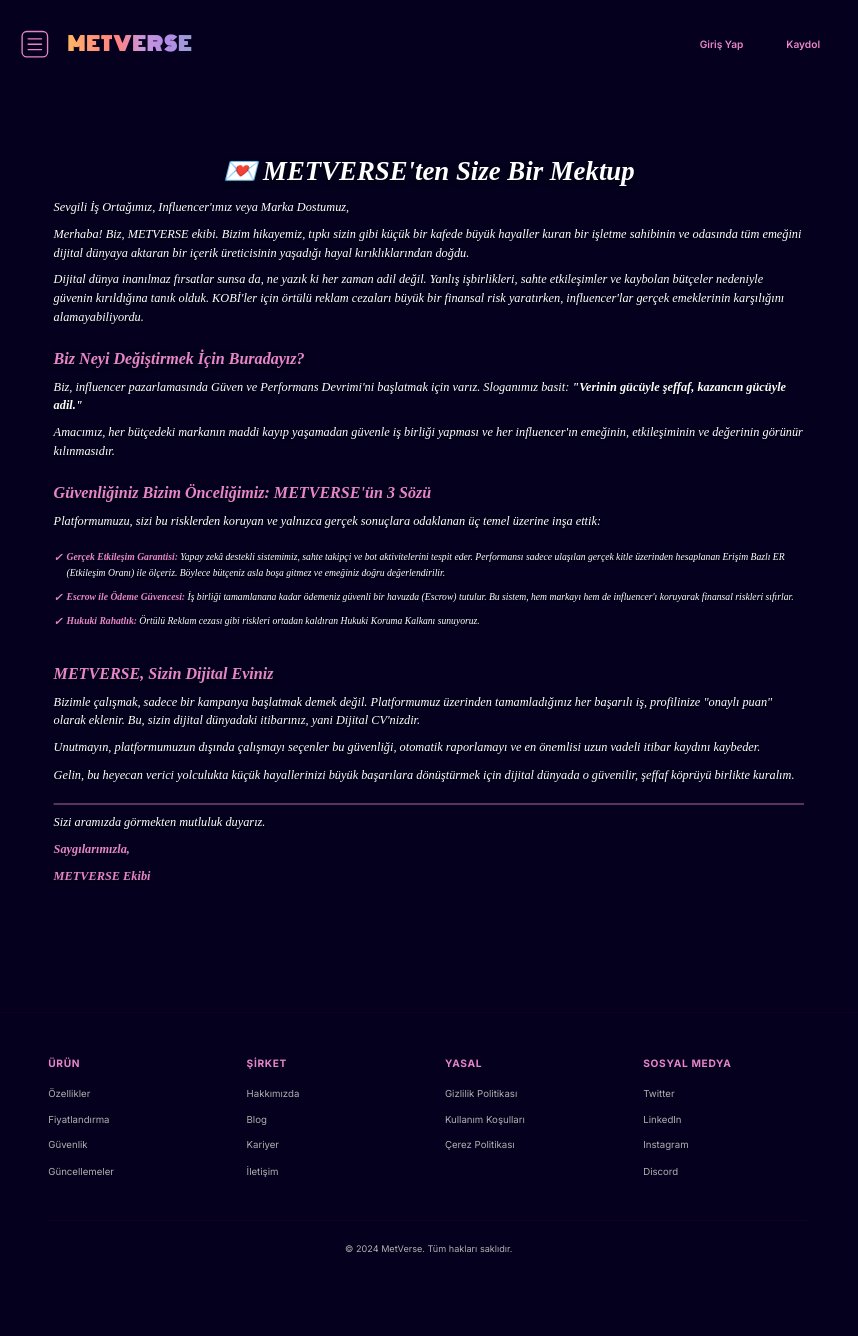
Repository: Selennguveen/metverse_website
Page: Hakkimizda.html
An editor plug-in stored every save of this project. The page is shown before and after the next save, followed by the edit.
The browser window is 1280 px wide. The pictures show the whole page, at 67% of full size.
Some web fonts or font styles are not loaded; a fallback is used.

Above is the page before, as saved 2025-12-21 00:32:46.

### Hakkimizda.html
<!DOCTYPE html>
<html lang="tr">
<head>
    <meta charset="UTF-8">
    <meta name="viewport" content="width=device-width, initial-scale=1.0">
    <title>Hakkımızda - MetVerse</title>
    <link href="https://fonts.googleapis.com/css2?family=Inter:wght@300;400;500;600;700;800&family=Roboto:wght@400;500;700&family=Genos:ital@1&display=swap" rel="stylesheet">
    <link rel="stylesheet" href="styles.css">
    <style>
        .about-section {
            background-color: rgb(4, 0, 29);
            background-image: radial-gradient(circle, rgba(232, 133, 202, 0.3) 1px, transparent 1px);
            background-size: 20px 20px;
            min-height: 100vh;
            padding:
             80px 2rem 4rem 2rem;
            position: relative;
        }

        .about-container {
            max-width: 100%;
            margin: 0 auto;
            background-color: transparent;
            border-radius: 0;
            padding: 2rem 3rem;
            box-shadow: none;
            position: relative;
            z-index: 2;
            min-height: auto;
            display: flex;
            flex-direction: column;
            justify-content: flex-start;
            overflow-y: visible;
            max-height: none;
            aspect-ratio: auto;
        }

        .about-container h1 {
            font-size: 2.5rem;
            font-weight: 800;
            color: #ffffff;
            margin-bottom: 1rem;
            text-align: center;
            line-height: 1.2;
            text-shadow: 0 2px 8px rgba(0, 0, 0, 0.5);
            font-family: 'Genos', cursive;
            font-style: italic;
        }

        .about-container h2 {
            font-size: 1.5rem;
            font-weight: 700;
            color: #e885ca;
            margin-top: 1rem;
            margin-bottom: 0.6rem;
            text-align: left;
            text-shadow: 0 2px 8px rgba(0, 0, 0, 0.5);
            font-family: 'Genos', cursive;
            font-style: italic;
        }

        .about-container p {
            font-size: 1.15rem;
            color: #ffffff;
            line-height: 1.5;
            margin-bottom: 0.8rem;
            text-align: left;
            text-shadow: 0 1px 3px rgba(0, 0, 0, 0.5);
            font-family: 'Genos', cursive;
            font-style: italic;
        }

        .about-container ul {
            list-style: none;
            padding: 0;
            margin: 1rem 0 1.2rem 0;
            display: flex;
            flex-direction: column;
            align-items: flex-start;
        }

        .about-container li {
            font-size: 1.15rem;
            color: #ffffff;
            line-height: 1.5;
            margin-bottom: 0.8rem;
            padding-left: 1.5rem;
            position: relative;
            text-align: left;
            max-width: 100%;
            text-shadow: 0 1px 3px rgba(0, 0, 0, 0.5);
            font-family: 'Genos', cursive;
            font-style: italic;
        }

        .about-container li:before {
            content: "✓";
            position: absolute;
            left: 0;
            color: #e885ca;
            font-weight: bold;
            font-size: 1rem;
            margin-right: 0.5rem;
        }

        .about-container li strong {
            color: #e885ca;
            font-weight: 700;
        }

        .about-footer-text {
            margin-top: 1rem;
            padding-top: 0.8rem;
            border-top: 2px solid rgba(232, 133, 202, 0.5);
            text-align: left;
            font-size: 1.15rem;
            color: #ffffff;
            line-height: 1.5;
            text-shadow: 0 1px 3px rgba(0, 0, 0, 0.5);
            font-family: 'Genos', cursive;
            font-style: italic;
        }

        .about-footer-text strong {
            color: #e885ca;
            font-weight: 700;
        }

        @media (max-width: 768px) {
            .about-section {
                padding: 120px 1rem 2rem 1rem;
            }

            .about-container {
                padding: 1.5rem 1rem;
                max-height: none;
                min-height: auto;
            }

            .about-container h1 {
                font-size: 1.4rem;
                margin-bottom: 0.8rem;
            }

            .about-container h2 {
                font-size: 0.95rem;
                margin-top: 0.8rem;
                margin-bottom: 0.5rem;
            }

            .about-container p,
            .about-container li,
            .about-footer-text {
                font-size: 0.78rem;
                line-height: 1.4;
            }
        }

        @media (max-width: 480px) {
            .about-section {
                padding: 120px 0.5rem 1.5rem 0.5rem;
            }

            .about-container {
                padding: 1rem 0.8rem;
                border-radius: 0;
                max-height: none;
                min-height: auto;
            }

            .about-container h1 {
                font-size: 1.1rem;
                margin-bottom: 0.6rem;
            }

            .about-container h2 {
                font-size: 0.85rem;
                margin-top: 0.6rem;
                margin-bottom: 0.4rem;
            }

            .about-container p,
            .about-container li,
            .about-footer-text {
                font-size: 0.75rem;
                line-height: 1.3;
            }
        }
            .about-container li,
            .about-footer-text {
                font-size: 0.9rem;
                line-height: 1.6;
            }

            .about-container li {
                padding-left: 1.2rem;
            }
        }
    </style>
</head>
<body>
    <!-- Dinamik Header Bileşeni -->
    <div id="header-container"></div>
    <script src="js/header.js"></script>
    <!-- Navigation -->


    <!-- About Section -->
    <section class="about-section">
        <div class="about-container">
            <h1>💌 METVERSE'ten Size Bir Mektup</h1>

            <p>Sevgili İş Ortağımız, Influencer'ımız veya Marka Dostumuz,</p>

            <p>Merhaba! Biz, METVERSE ekibi. Bizim hikayemiz, tıpkı sizin gibi küçük bir kafede büyük hayaller kuran bir işletme sahibinin ve odasında tüm emeğini dijital dünyaya aktaran bir içerik üreticisinin yaşadığı hayal kırıklıklarından doğdu.</p>

            <p>Dijital dünya inanılmaz fırsatlar sunsa da, ne yazık ki her zaman adil değil. Yanlış işbirlikleri, sahte etkileşimler ve kaybolan bütçeler nedeniyle güvenin kırıldığına tanık olduk. KOBİ'ler için örtülü reklam cezaları büyük bir finansal risk yaratırken, influencer'lar gerçek emeklerinin karşılığını alamayabiliyordu.</p>

            <h2>Biz Neyi Değiştirmek İçin Buradayız?</h2>

            <p>Biz, influencer pazarlamasında Güven ve Performans Devrimi'ni başlatmak için varız. Sloganımız basit: <strong>"Verinin gücüyle şeffaf, kazancın gücüyle adil."</strong></p>

            <p>Amacımız, her bütçedeki markanın maddi kayıp yaşamadan güvenle iş birliği yapması ve her influencer'ın emeğinin, etkileşiminin ve değerinin görünür kılınmasıdır.</p>

            <h2>Güvenliğiniz Bizim Önceliğimiz: METVERSE'ün 3 Sözü</h2>

            <p>Platformumuzu, sizi bu risklerden koruyan ve yalnızca gerçek sonuçlara odaklanan üç temel üzerine inşa ettik:</p>

            <ul>
                <li><strong>Gerçek Etkileşim Garantisi:</strong> Yapay zekâ destekli sistemimiz, sahte takipçi ve bot aktivitelerini tespit eder. Performansı sadece ulaşılan gerçek kitle üzerinden hesaplanan Erişim Bazlı ER (Etkileşim Oranı) ile ölçeriz. Böylece bütçeniz asla boşa gitmez ve emeğiniz doğru değerlendirilir.</li>

                <li><strong>Escrow ile Ödeme Güvencesi:</strong> İş birliği tamamlanana kadar ödemeniz güvenli bir havuzda (Escrow) tutulur. Bu sistem, hem markayı hem de influencer'ı koruyarak finansal riskleri sıfırlar.</li>

                <li><strong>Hukuki Rahatlık:</strong> Örtülü Reklam cezası gibi riskleri ortadan kaldıran Hukuki Koruma Kalkanı sunuyoruz.</li>
            </ul>

            <h2>METVERSE, Sizin Dijital Eviniz</h2>

            <p>Bizimle çalışmak, sadece bir kampanya başlatmak demek değil. Platformumuz üzerinden tamamladığınız her başarılı iş, profilinize "onaylı puan" olarak eklenir. Bu, sizin dijital dünyadaki itibarınız, yani Dijital CV'nizdir.</p>

            <p>Unutmayın, platformumuzun dışında çalışmayı seçenler bu güvenliği, otomatik raporlamayı ve en önemlisi uzun vadeli itibar kaydını kaybeder.</p>

            <p>Gelin, bu heyecan verici yolculukta küçük hayallerinizi büyük başarılara dönüştürmek için dijital dünyada o güvenilir, şeffaf köprüyü birlikte kuralım.</p>

            <div class="about-footer-text">
                <p>Sizi aramızda görmekten mutluluk duyarız.</p>
                <p><strong>Saygılarımızla,</strong></p>
                <p><strong>METVERSE Ekibi</strong></p>
            </div>
        </div>
    </section>

    <!-- Footer -->
    <footer>
        <div class="container">
            <div class="footer-content">
                <div class="footer-section">
                    <h4>Ürün</h4>
                    <ul>
                        <li><a href="#features">Özellikler</a></li>
                        <li><a href="#">Fiyatlandırma</a></li>
                        <li><a href="#">Güvenlik</a></li>
                        <li><a href="#">Güncellemeler</a></li>
                    </ul>
                </div>
                <div class="footer-section">
                    <h4>Şirket</h4>
                    <ul>
                        <li><a href="#">Hakkımızda</a></li>
                        <li><a href="#">Blog</a></li>
                        <li><a href="#">Kariyer</a></li>
                        <li><a href="#">İletişim</a></li>
                    </ul>
                </div>
                <div class="footer-section">
                    <h4>Yasal</h4>
                    <ul>
                        <li><a href="#">Gizlilik Politikası</a></li>
                        <li><a href="#">Kullanım Koşulları</a></li>
                        <li><a href="#">Çerez Politikası</a></li>
                    </ul>
                </div>
                <div class="footer-section">
                    <h4>Sosyal Medya</h4>
                    <ul>
                        <li><a href="#">Twitter</a></li>
                        <li><a href="#">LinkedIn</a></li>
                        <li><a href="#">Instagram</a></li>
                        <li><a href="#">Discord</a></li>
                    </ul>
                </div>
            </div>
            <div class="footer-bottom">
                <p>&copy; 2024 MetVerse. Tüm hakları saklıdır.</p>
            </div>
        </div>
    </footer>


</body>
</html>

### includes/header.html
<nav class="main-header">
    <div class="header-container">
        <!-- SOL: Toggle Menü Butonu + Logo -->
        <div class="header-left">
            <button class="menu-toggle" id="menuToggle">
                <span></span>
                <span></span>
                <span></span>
            </button>
            <a href="/" class="logo-wrapper logo-text-wrapper">
                <span class="logo-text">METVERSE</span>
            </a>
        </div>

        <!-- ORTA: Giriş Yapılı Kullanıcı Navigasyonu -->
        <div class="header-center">
            <nav class="authenticated-nav" id="authenticatedNav" style="display: none;">
                <a href="/influencer-anasayfa" class="nav-item">Profil</a>
                <a href="/analyses" class="nav-item">Analizler</a>
                <a href="/basvuru-ve-teklifler" class="nav-item">Başvuru ve Teklifler</a>
                <a href="/kesfet" class="nav-item">Keşfet</a>
            </nav>
            <nav class="authenticated-nav" id="markaAuthenticatedNav" style="display: none;">
                <a href="/marka-anasayfa" class="nav-item" id="markaProfilLink">Profil</a>
                <a href="/kampanyalarim" class="nav-item" id="markaKampanyalarimLink">Kampanyalarım</a>
                <a href="/analyses" class="nav-item">İşbirliği Analizleri</a>
                <a href="/isbirlikleri" class="nav-item" id="markaIsbirliklerLink">İşbirlikleri</a>
                <a href="/kesfet-marka" class="nav-item" id="markaKesfetLink">Keşfet</a>
            </nav>
        </div>

        <!-- SAĞ: Aksiyon Butonları (Misafir Modu) veya Profil (Giriş Yapılı) -->
        <div class="header-right">
            <!-- GÖRÜNÜM 1: Giriş Yapılı Değilse (Misafir Header) -->
            <div id="general-nav-actions" class="nav-actions">
                <a href="/giris-yap" class="nav-btn login-btn">Giriş Yap</a>
                <a href="/kayit-secim" class="nav-btn register-btn">Kaydol</a>
            </div>

            <!-- GÖRÜNÜM 2: Giriş Yapılı İse (Influencer Header) -->
            <div id="user-nav-actions" class="nav-actions" style="display: none;">
                <div class="profile-section">
                    <div class="profile-name-display" id="profileNameDisplay">
                        <span id="displayUserName">Kullanıcı</span>
                    </div>
                    <button id="profileBtn" class="profile-btn">
                        <span class="profile-icon">👤</span>
                    </button>
                    <div class="dropdown-menu" id="dropdownMenu" style="display: none;">
                        <div class="dropdown-header">
                            <div class="user-info">
                                <h4 id="userName">Kullanıcı Adı</h4>
                                <p id="userEmail">email@example.com</p>
                            </div>
                        </div>
                        <div class="dropdown-divider"></div>
                        <button id="hesabıTamamlaBtn" class="dropdown-item hesabi-tamamla-btn">✓ Hesabı Tamamla</button>
                        <button id="baglantilarBtn" class="dropdown-item baglantilar-btn">🔗 Bağlantılar</button>
                        <button id="logoutBtn" class="dropdown-item logout-btn">Çıkış Yap</button>
                    </div>
                </div>
            </div>
        </div>

        <!-- Yan Menü (Sidebar) -->
        <div class="nav-menu" id="navMenu">
            <a href="/" class="nav-menu-item">Anasayfa</a>
            <a href="/basari-hikayeleri" class="nav-menu-item">Başarı Hikayeleri</a>
            <a href="/blog" class="nav-menu-item">Blog</a>
            <a href="/hakkimizda" class="nav-menu-item">Hakkımızda</a>
            <a href="/iletisim" class="nav-menu-item">İletişim</a>
        </div>
        <div class="nav-overlay" id="navOverlay"></div>
    </div>
</nav>

Loaded but not shown: js/header.js (1905 lines, source omitted); styles.css (3385 lines, source omitted)

After the next save:
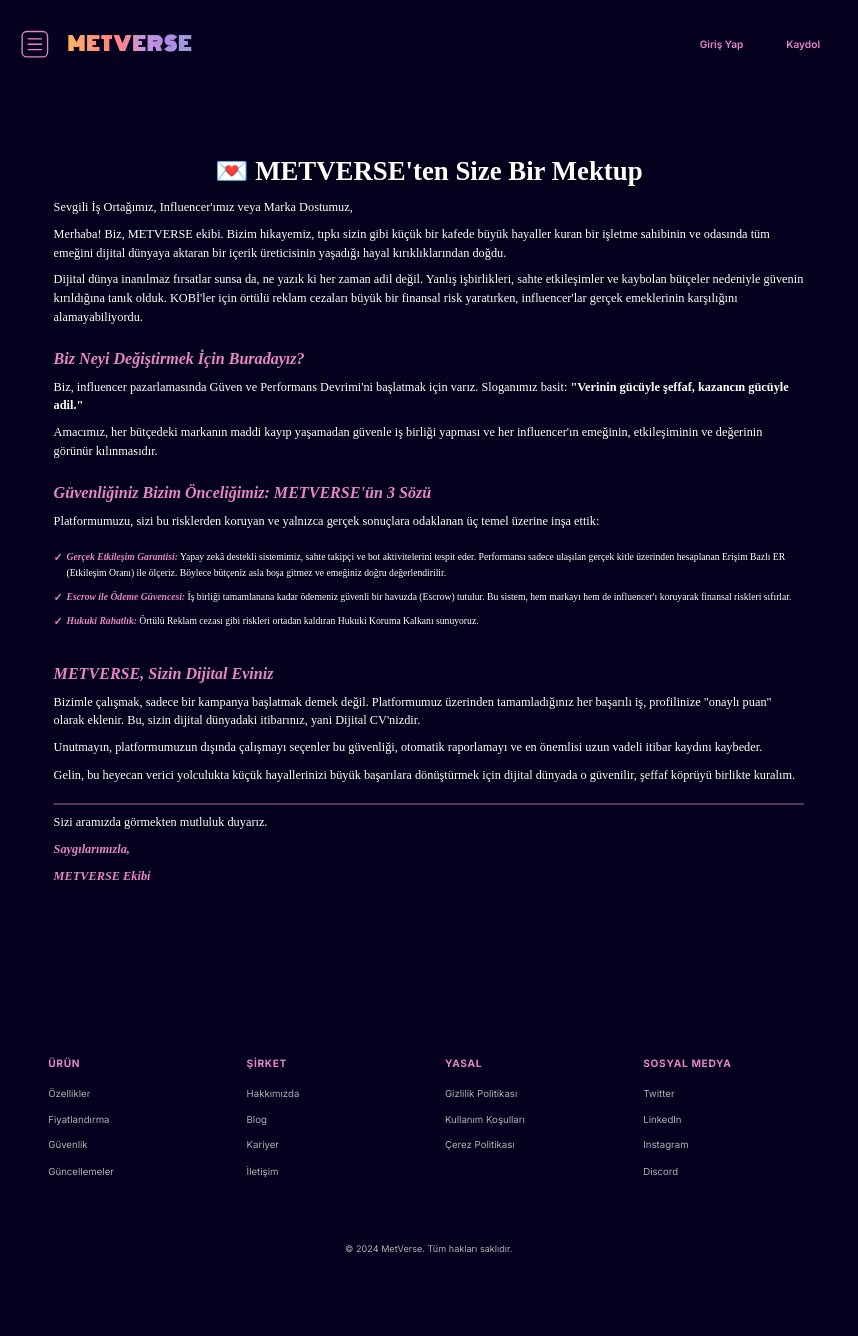
Saved 18 s later.
--- a/Hakkimizda.html
+++ b/Hakkimizda.html
@@ -44,7 +44,7 @@
             line-height: 1.2;
             text-shadow: 0 2px 8px rgba(0, 0, 0, 0.5);
             font-family: 'Genos', cursive;
-            font-style: italic;
+            font-style: normal;
         }
 
         .about-container h2 {
@@ -67,7 +67,7 @@
             text-align: left;
             text-shadow: 0 1px 3px rgba(0, 0, 0, 0.5);
             font-family: 'Genos', cursive;
-            font-style: italic;
+            font-style: normal;
         }
 
         .about-container ul {
@@ -90,7 +90,7 @@
             max-width: 100%;
             text-shadow: 0 1px 3px rgba(0, 0, 0, 0.5);
             font-family: 'Genos', cursive;
-            font-style: italic;
+            font-style: normal;
         }
 
         .about-container li:before {
@@ -106,6 +106,7 @@
         .about-container li strong {
             color: #e885ca;
             font-weight: 700;
+            font-style: italic;
         }
 
         .about-footer-text {
@@ -118,12 +119,13 @@
             line-height: 1.5;
             text-shadow: 0 1px 3px rgba(0, 0, 0, 0.5);
             font-family: 'Genos', cursive;
-            font-style: italic;
+            font-style: normal;
         }
 
         .about-footer-text strong {
             color: #e885ca;
             font-weight: 700;
+            font-style: italic;
         }
 
         @media (max-width: 768px) {
